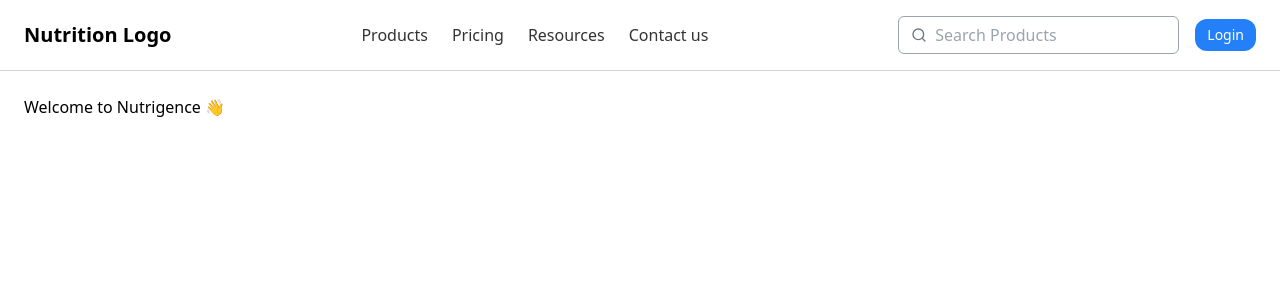
Repository: nikhilchikkam/im-project
Page: / (app in frontend/)
These files come from the project's save history. The page is drawn as it stood at one moment and after the next save; the edit follows.
The browser window is 1280 px wide. The pictures show the whole page.
The project was rebuilt for these pictures with package versions that can differ from the ones it lists, and the page was loaded fresh each time. Also part of the build but not shown: frontend/vite.config.ts, frontend/src/features/auth/AuthLayout.tsx, frontend/src/components/Input.tsx, frontend/src/features/auth/LoginForm.tsx, frontend/src/pages/LoginPage.tsx, frontend/src/features/auth/ForgotPasswordForm.tsx, frontend/src/pages/ForgotPasswordPage.tsx, frontend/src/pages/AuthLandingPage.tsx and 7 more.

Above is the page before, as saved 2025-06-11 12:03:38.

### frontend/index.html
<!doctype html>
<html lang="en">
  <head>
    <meta charset="UTF-8" />
    <link rel="icon" type="image/svg+xml" href="/vite.svg" />
    <link rel="preconnect" href="https://fonts.googleapis.com" />
    <link rel="preconnect" href="https://fonts.gstatic.com" crossorigin />
    <link href="https://fonts.googleapis.com/css2?family=Inter:wght@400;500;600&family=DM+Sans:wght@400&display=swap" rel="stylesheet" />
    <meta name="viewport" content="width=device-width, initial-scale=1.0" />
    <title>Nutrigence – Smarter Food Decisions</title>
</head>

  <body>
    <div id="root"></div>
    <script type="module" src="/src/main.tsx"></script>
  </body>
</html>

### frontend/src/main.tsx
// src/main.tsx
import React from 'react';
import ReactDOM from 'react-dom/client';
import App from './App';
import { BrowserRouter } from 'react-router-dom';
import './index.css';

ReactDOM.createRoot(document.getElementById('root')!).render(
  <React.StrictMode>
    <BrowserRouter>
      <App />
    </BrowserRouter>
  </React.StrictMode>
);

### frontend/src/App.tsx
// src/App.tsx
import { Routes, Route } from 'react-router-dom';
import LoginPage from './pages/LoginPage';
import ForgotPasswordPage from './pages/ForgotPasswordPage';
import NavbarBefore from './components/NavbarBefore';
import AuthLanding from './pages/AuthLandingPage';
import PricingPage from './pages/PricingPage';
import ProductsPage from './pages/ProductsPage';
import ResourcesPage from './pages/ResourcesPage';
import ContactPage from './pages/ContactPage';

const App = () => {
  return (
    <>
      <Routes>
        <Route path="/" element={
          <>
            <NavbarBefore />
            <main className="p-6">Welcome to Nutrigence 👋</main>
          </>
        } />
        <Route path="/auth" element={<AuthLanding />} />

        <Route path="/login" element={<LoginPage />} />
        <Route path="/forgot-password" element={<ForgotPasswordPage />} />
        <Route path="/products" element={<ProductsPage />} />
        <Route path="/pricing" element={<PricingPage />} />
        <Route path="/resources" element={<ResourcesPage />} />
        <Route path="/contact" element={<ContactPage />} />
        {/* Add this when SignUp is ready */}
        {/* <Route path="/signup" element={<SignupPage />} /> */}
      </Routes>
    </>
  );
};

export default App;

### frontend/src/index.css
@tailwind base;
@tailwind components;
@tailwind utilities;

@layer base {
  h1 { @apply text-h1 font-inter; }
  h2 { @apply text-h2 font-inter; }
  h3 { @apply text-h3 font-inter; }
  h4 { @apply text-h4 font-inter; }
  h5 { @apply text-h5 font-inter; }
  h6 { @apply text-h6 font-inter; }
  p  { @apply text-p font-dm; }
}

### frontend/src/components/NavbarBefore.tsx
import { Button } from './Button';
import { Search } from 'lucide-react';

const NavbarBefore = () => {
  return (
    <header className="w-full px-6 py-4 flex items-center justify-between border-b border-neutral-200">
      <div className="text-xl font-bold">Nutrition Logo</div>

      <nav className="hidden md:flex space-x-6 text-base font-medium text-neutral-900">
        <a href="#">Products</a>
        <a href="#">Pricing</a>
        <a href="#">Resources</a>
        <a href="#">Contact us</a>
      </nav>

      <div className="flex items-center gap-4">
        <div className="relative hidden md:flex items-center border border-gray-400 rounded-md px-3 py-1.5">
          <Search className="w-4 h-4 text-gray-500 mr-2" />
          <input
            type="text"
            placeholder="Search Products"
            className="bg-transparent outline-none placeholder:text-gray-400"
          />
        </div>
        <Button size="sm">Login</Button>
      </div>
    </header>
  );
};

export default NavbarBefore;

### frontend/src/components/Button.tsx
import React from 'react';
import clsx from 'clsx';

type ButtonProps = {
  children: React.ReactNode;
  variant?: 'primary' | 'secondary' | 'outline' | 'ghost';
  size?: 'sm' | 'md' | 'lg';
  type?: 'button' | 'submit' | 'reset';
  disabled?: boolean;
  onClick?: () => void;
  className?: string;
};

const base = 'rounded-xl font-medium transition-colors focus:outline-none focus-visible:ring-2';
const sizes = {
  sm: 'px-3 py-1.5 text-sm',
  md: 'px-4 py-2 text-base',
  lg: 'px-6 py-3 text-lg',
};
const variants = {
  primary: 'bg-[#2480f8] text-white hover:bg-[#185abc]',
  secondary: 'bg-[#34A853] text-white hover:bg-green-700',
  outline: 'border border-[#2480f8] text-[#2480f8] hover:bg-blue-50',
  ghost: 'text-[#2480f8] hover:bg-blue-50',
};

export const Button = ({
  children,
  variant = 'primary',
  size = 'md',
  type = 'button',
  disabled,
  onClick,
  className,
}: ButtonProps) => (
  <button
    type={type}
    onClick={onClick}
    disabled={disabled}
    className={clsx(base, sizes[size], variants[variant], className, { 'opacity-50 cursor-not-allowed': disabled })}
  >
    {children}
  </button>
);

### frontend/tailwind.config.js
/** @type {import('tailwindcss').Config} */
export default {
  content: [
    "./index.html",
    "./src/**/*.{js,ts,jsx,tsx}",
  ],
  theme: {
    extend: {
      fontFamily: {
        inter: ['Inter', 'sans-serif'],
        dm: ['"DM Sans"', 'sans-serif'],
      },
      colors: {
        primary: '#2480f8',
        secondary: '#185abc',
        accent: '#34A853',
        error: {
          DEFAULT: '#FF2E1F',
          light: '#FF9283',
          medium: '#FF6051',
        },
        warning: {
          light: '#FFFFC4',
          DEFAULT: '#FFFF9C',
          strong: '#f3f63d',
        },
        success: {
          light: '#82FF82',
          DEFAULT: '#1EEA1E',
          strong: '#00CC00',
        },
        neutral: {
          50: '#ffffff',
          100: '#e8e8e8',
          200: '#d2d2d2',
          300: '#bbbbbb',
          400: '#a4a4a4',
          500: '#8e8e8e',
          600: '#777777',
          700: '#606060',
          800: '#4a4a4a',
          900: '#333333',
        },
      },
      fontSize: {
        h1: ['48px', { lineHeight: '100%', letterSpacing: '-0.02em', fontWeight: '600' }],
        h2: ['24px', { lineHeight: '140%', letterSpacing: '-0.02em', fontWeight: '500' }],
        h3: ['20px', { lineHeight: '140%', letterSpacing: '-0.02em', fontWeight: '400' }],
        h4: ['18px', { lineHeight: '140%', letterSpacing: '-0.02em', fontWeight: '400' }],
        h5: ['16px', { lineHeight: '140%', letterSpacing: '-0.02em', fontWeight: '500' }],
        'h5-1': ['16px', { lineHeight: '140%', letterSpacing: '-0.02em', fontWeight: '400' }],
        h6: ['14px', { lineHeight: '140%', letterSpacing: '-0.02em', fontWeight: '400' }],
        h7: ['12px', { lineHeight: '140%', letterSpacing: '-0.02em', fontWeight: '400' }],
        h8: ['12px', { lineHeight: '140%', letterSpacing: '-0.02em', fontWeight: '500' }],
        p: ['16px', { lineHeight: '24px', fontWeight: '400' }],
        sideheading: ['18px', { lineHeight: '24px', fontWeight: '700' }],
      },
    },
  },
  plugins: [],
};

After the next save:
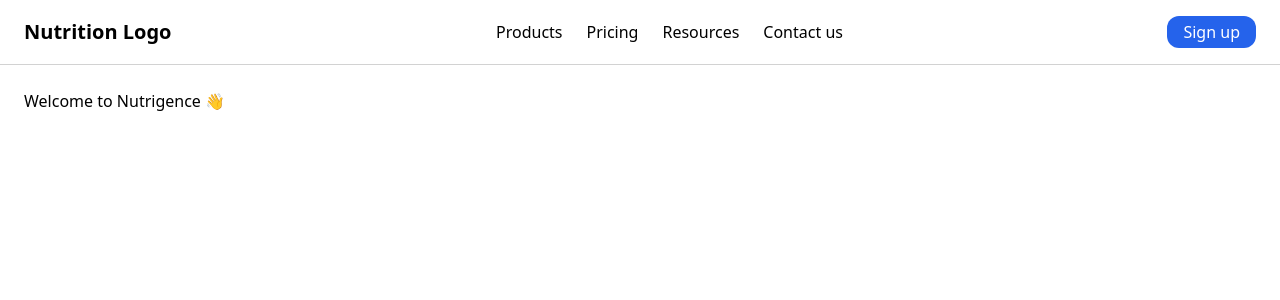
Saved 5 h 18 min later.
--- a/frontend/src/components/NavbarBefore.tsx
+++ b/frontend/src/components/NavbarBefore.tsx
@@ -1,29 +1,18 @@
-import { Button } from './Button';
-import { Search } from 'lucide-react';
+type Props = {
+  onNavigate: (section: 'products' | 'pricing' | 'resources') => void;
+};
 
-const NavbarBefore = () => {
+const NavbarBefore = ({ onNavigate }: Props) => {
   return (
     <header className="w-full px-6 py-4 flex items-center justify-between border-b border-neutral-200">
       <div className="text-xl font-bold">Nutrition Logo</div>
-
-      <nav className="hidden md:flex space-x-6 text-base font-medium text-neutral-900">
-        <a href="#">Products</a>
-        <a href="#">Pricing</a>
-        <a href="#">Resources</a>
-        <a href="#">Contact us</a>
+      <nav className="flex gap-6 font-medium text-base">
+        <button onClick={() => onNavigate('products')}>Products</button>
+        <button onClick={() => onNavigate('pricing')}>Pricing</button>
+        <button onClick={() => onNavigate('resources')}>Resources</button>
+        <button>Contact us</button> {/* Can scroll to footer later */}
       </nav>
-
-      <div className="flex items-center gap-4">
-        <div className="relative hidden md:flex items-center border border-gray-400 rounded-md px-3 py-1.5">
-          <Search className="w-4 h-4 text-gray-500 mr-2" />
-          <input
-            type="text"
-            placeholder="Search Products"
-            className="bg-transparent outline-none placeholder:text-gray-400"
-          />
-        </div>
-        <Button size="sm">Login</Button>
-      </div>
+      <button className="bg-blue-600 text-white rounded-xl px-4 py-1">Sign up</button>
     </header>
   );
 };
